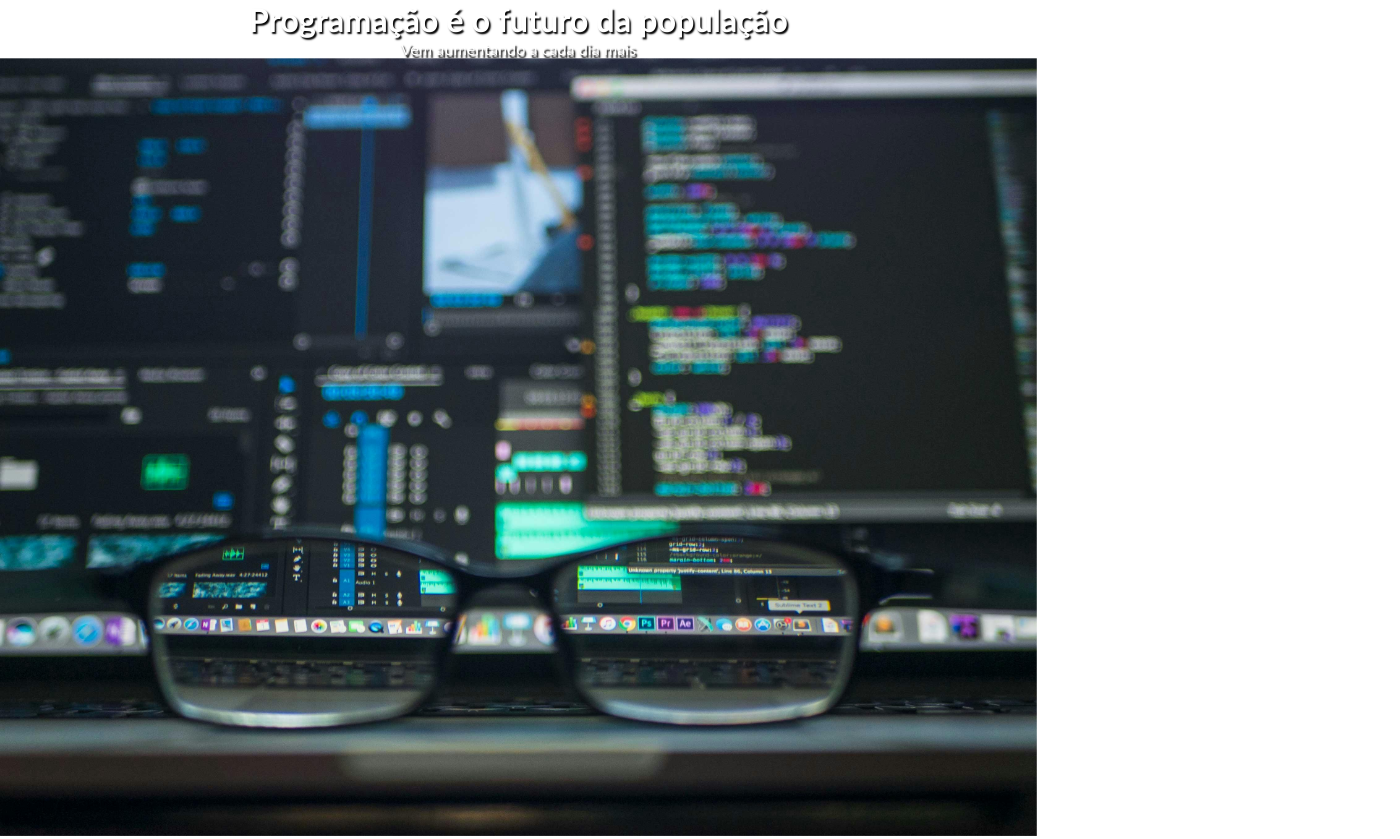
Repository: Caiquedev123/Sites
Page: index.html
These files come from the project's save history. The page is drawn as it stood at one moment and after the next save; the edit follows.
The browser window is 1280 px wide. The page is 1280 px wide, then 1728 px, so the pictures cover 1728 px, including what lies to the right of the window. The pictures show the whole page, at 81% of full size.

Above is the page before, as saved 2024-07-22 17:13:07.

After the next save:
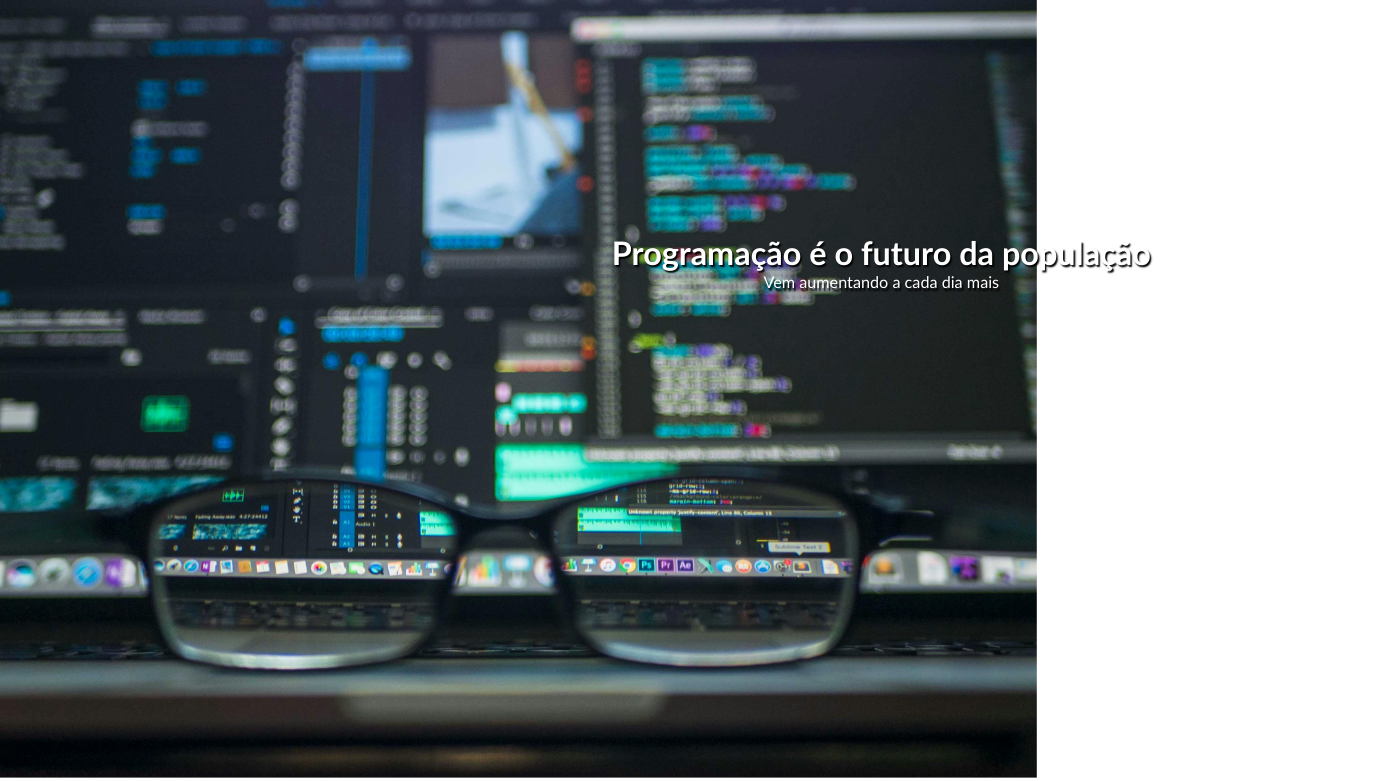
Saved 4 s later.
--- a/style.css
+++ b/style.css
@@ -1,7 +1,7 @@
 body{background-color: rgb(255, 255, 255);}
 
 .container{
-    wi
+    width: 100%;
     position: absolute;
     z-index: 1;
     text-align: center;
